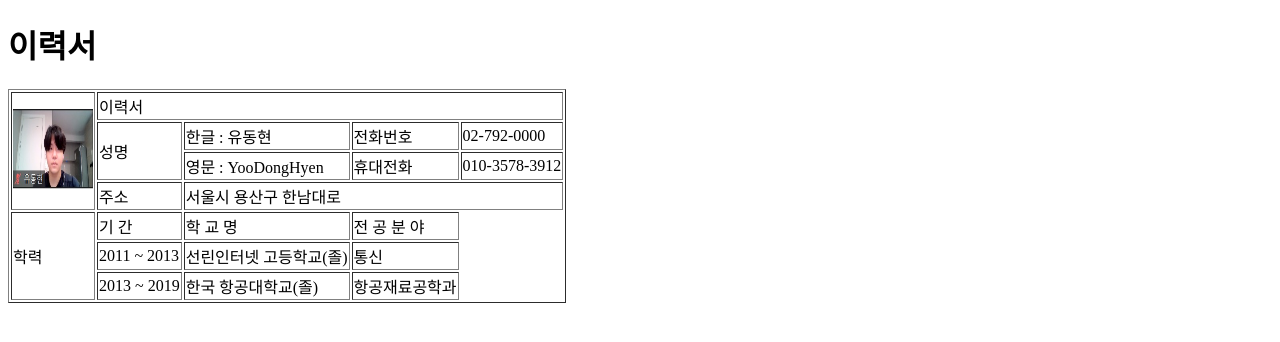
Repository: DongHyenYoo/DongHyen
Page: JdbcStudy/HTMLTEST/WebContent/resume.html
The author's editor kept a copy of each file at every save. The page is drawn from the files as they stood at one save, then again after the next save.
The browser window is 1280 px wide. The pictures show the whole page.

Above is the page before, as saved 2022-09-23 08:20:53.

### JdbcStudy/HTMLTEST/WebContent/resume.html
<!DOCTYPE html>
<html>
<head>
<meta charset="UTF-8">
<title>이력서</title>
</head>
<body>
<h1>이력서</h1>
<table border="1">
<tr>
<td rowspan="4"><img src="Test.jpg" width = "80" height="80" alt="테스트"></td> <td colspan="4">이력서</td>
</tr>

<tr>
 <td rowspan="2">성명</td> <td>한글 : 유동현</td> <td>전화번호</td> <td> 02-792-0000</td>
</tr>

<tr>
 <td>영문 : YooDongHyen</td> <td>휴대전화</td> <td>010-3578-3912</td>
</tr>

<tr>
 <td>주소</td> <td colspan="3">서울시 용산구 한남대로</td>
</tr>

<tr>
 <td rowspan = "3">학력</td> <td>기&nbsp;간</td> <td>학&nbsp;교&nbsp;명</td> <td>전&nbsp;공&nbsp;분&nbsp;야</td>
</tr>

<tr>
 <td>2011 ~ 2013</td>  <td>선린인터넷 고등학교(졸)</td> <td>통신</td>
</tr>

<tr>
 <td>2013 ~ 2019</td> <td>한국 항공대학교(졸)</td> <td>항공재료공학과</td>
</tr>


</table>
</body>
</html>

After the next save:
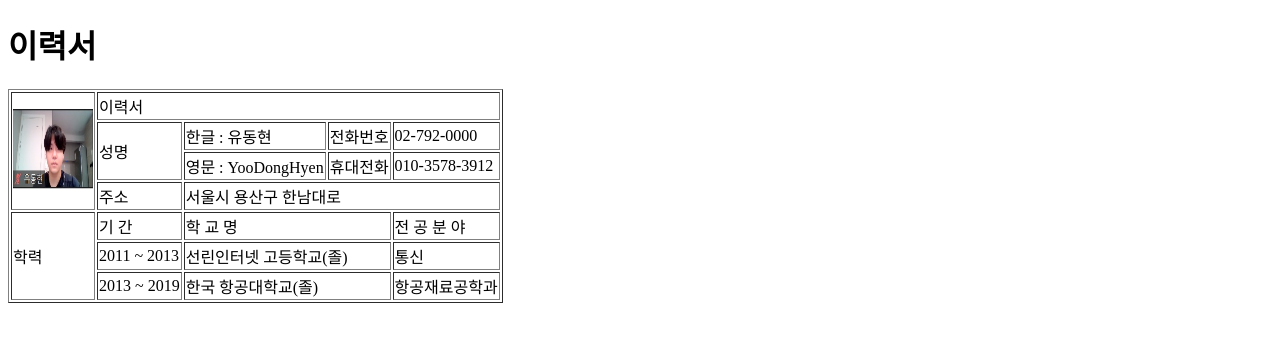
Saved 81 s later.
--- a/JdbcStudy/HTMLTEST/WebContent/resume.html
+++ b/JdbcStudy/HTMLTEST/WebContent/resume.html
@@ -24,15 +24,15 @@
 </tr>
 
 <tr>
- <td rowspan = "3">학력</td> <td>기&nbsp;간</td> <td>학&nbsp;교&nbsp;명</td> <td>전&nbsp;공&nbsp;분&nbsp;야</td>
+ <td rowspan = "3">학력</td> <td>기&nbsp;간</td> <td colspan="2">학&nbsp;교&nbsp;명</td> <td>전&nbsp;공&nbsp;분&nbsp;야</td>
 </tr>
 
 <tr>
- <td>2011 ~ 2013</td>  <td>선린인터넷 고등학교(졸)</td> <td>통신</td>
+ <td>2011 ~ 2013</td>  <td colspan="2">선린인터넷 고등학교(졸)</td> <td>통신</td>
 </tr>
 
 <tr>
- <td>2013 ~ 2019</td> <td>한국 항공대학교(졸)</td> <td>항공재료공학과</td>
+ <td>2013 ~ 2019</td> <td colspan="2">한국 항공대학교(졸)</td> <td>항공재료공학과</td>
 </tr>
 
 

After the save that followed:
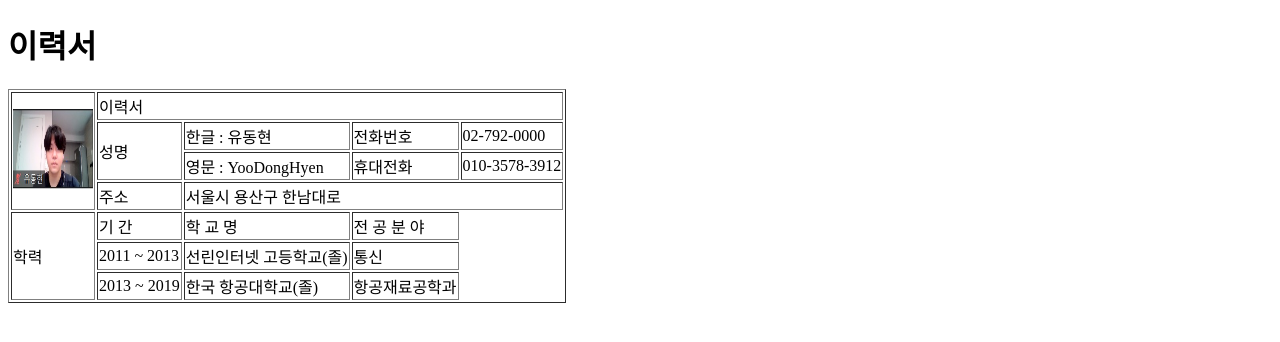
Saved 15 s later.
--- a/JdbcStudy/HTMLTEST/WebContent/resume.html
+++ b/JdbcStudy/HTMLTEST/WebContent/resume.html
@@ -24,15 +24,15 @@
 </tr>
 
 <tr>
- <td rowspan = "3">학력</td> <td>기&nbsp;간</td> <td colspan="2">학&nbsp;교&nbsp;명</td> <td>전&nbsp;공&nbsp;분&nbsp;야</td>
+ <td rowspan = "3">학력</td> <td>기&nbsp;간</td> <td>학&nbsp;교&nbsp;명</td> <td>전&nbsp;공&nbsp;분&nbsp;야</td>
 </tr>
 
 <tr>
- <td>2011 ~ 2013</td>  <td colspan="2">선린인터넷 고등학교(졸)</td> <td>통신</td>
+ <td>2011 ~ 2013</td>  <td>선린인터넷 고등학교(졸)</td> <td>통신</td>
 </tr>
 
 <tr>
- <td>2013 ~ 2019</td> <td colspan="2">한국 항공대학교(졸)</td> <td>항공재료공학과</td>
+ <td>2013 ~ 2019</td> <td>한국 항공대학교(졸)</td> <td>항공재료공학과</td>
 </tr>
 
 
